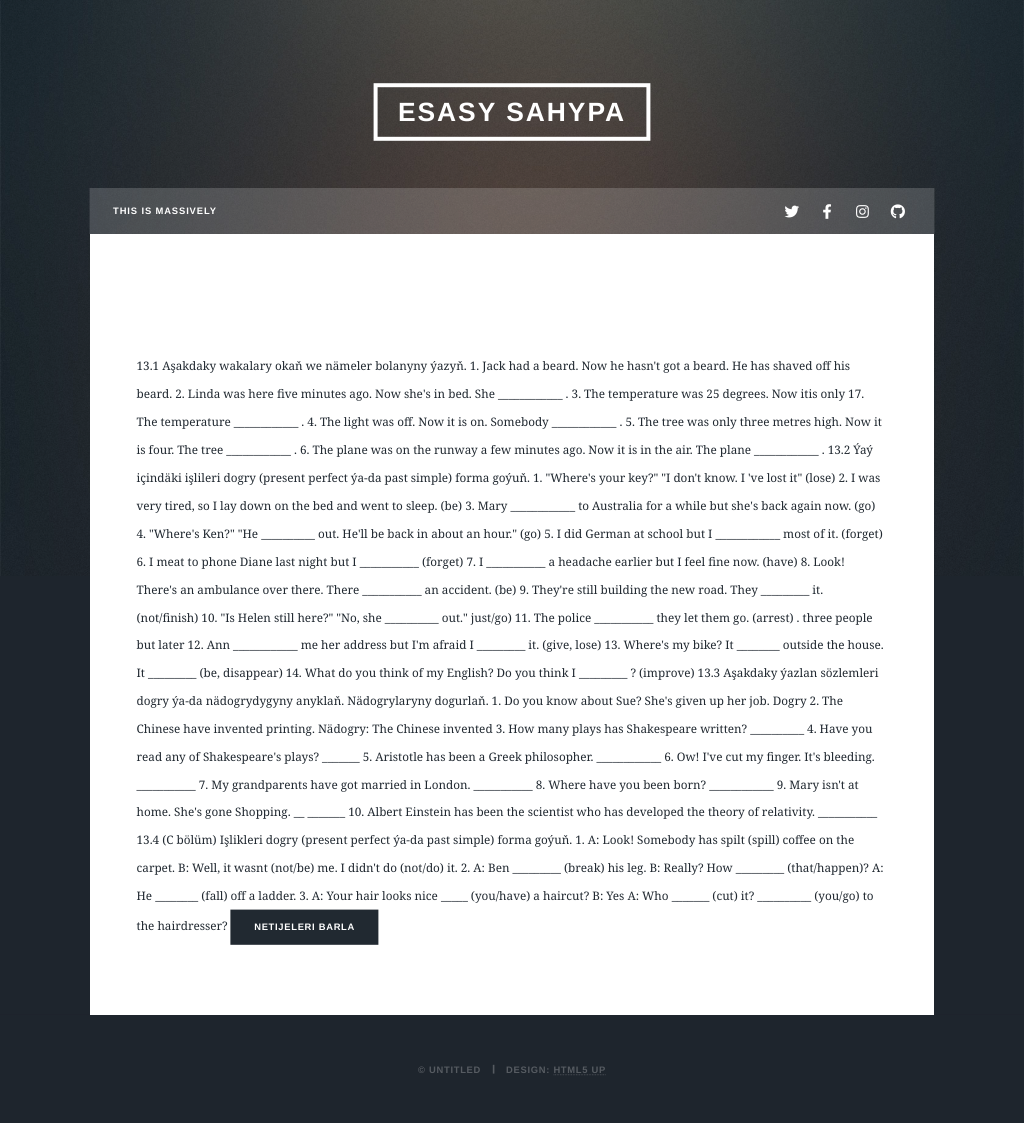
Repository: Sahet-dev/English-grammar-app
Page: test/test_unit _13.html
These files come from the project's save history. The page is drawn as it stood at one moment and after the next save; the edit follows.
The browser window is 1280 px wide. The pictures show the whole page, at 80% of full size.
Some web fonts or font styles are not loaded; a fallback is used.

Above is the page before, as saved 2022-06-24 14:41:32.

### test/test_unit _13.html
<!DOCTYPE HTML>
<!--
	Massively by HTML5 UP
	html5up.net | @ajlkn
	Free for personal and commercial use under the CCA 3.0 license (html5up.net/license)
-->
<html>
	<head>
		<title>Test </title>
		<meta charset="utf-8" />
		<meta name="viewport" content="width=device-width, initial-scale=1, user-scalable=no" />
		<link rel="stylesheet" href="../assets/css/test.css" />
		<noscript><link rel="stylesheet" href="../assets/css/noscript.css" /></noscript>
	</head>
	<body class="is-preload">

		<!-- Wrapper -->
			<div id="wrapper">

				<!-- Header -->
					<header id="header">
						<a href="index.html" class="logo">Esasy Sahypa</a>
					</header>

				<!-- Nav -->
					<nav id="nav">
						<ul class="links">
							<li><a href="units/.html">This is Massively</a></li>

						</ul>
						<ul class="icons">
							<li><a href="#" class="icon brands fa-twitter"><span class="label">Twitter</span></a></li>
							<li><a href="#" class="icon brands fa-facebook-f"><span class="label">Facebook</span></a></li>
							<li><a href="#" class="icon brands fa-instagram"><span class="label">Instagram</span></a></li>
							<li><a href="#" class="icon brands fa-github"><span class="label">GitHub</span></a></li>
						</ul>
					</nav>

				<!-- Main -->
					<div id="main">

						<!-- Post -->
							<section class="post">
								<header class="major">
									<h2>


									</h2>
								</header>

								<!-- Text stuff -->

									<p>
										<form action="results-unit-1.php" method="post">


															13.1

															Aşakdaky wakalary okaň we nämeler bolanyny ýazyň.

															1. Jack had a beard. Now he hasn't got a

															beard. He has shaved off his beard.

															2. Linda was here five minutes ago. Now she's
															in bed. She   ____________   .



															3. The temperature was 25 degrees. Now itis
															only 17. The temperature   ____________   .

															4. The light was off. Now it is on.
															Somebody   ____________   .

															5. The tree was only three metres high. Now it
															is four. The tree   ____________   .

															6. The plane was on the runway a few minutes
															ago. Now it is in the air. The plane   ____________   .

															13.2

															Ýaý içindäki işlileri dogry (present perfect  ýa-da past simple) forma goýuň.

															1. "Where's your key?" "I don't know. I 've lost  it" (lose)

															2. I was very tired, so I lay down on the bed and   went to sleep. (be)



															3. Mary ____________ to Australia for a while but she's back again now. (go)

															4. "Where's Ken?" "He __________ out. He'll be
															back in about an hour." (go)

															5. I did German at school but I ____________ most of it. (forget)

															6. I meat to phone Diane last night but
															I ___________ (forget)


															7. I ___________  a headache earlier but I feel fine
															now. (have)

															8. Look! There's an ambulance over there.
															There ___________ an accident. (be)

															9. They're still building the new road.
															They _________ it. (not/finish)

															10. "Is Helen still here?" "No, she __________ out." just/go)

															11. The police ___________  they let them go. (arrest)

															. three people but later

															12. Ann ____________  me her address but I'm afraid I _________ it. (give, lose)


															13. Where's my bike? It ________ outside the  house. It _________ (be, disappear)

															14. What do you think of my English? Do you think I _________ ? (improve)

															13.3
															Aşakdaky ýazlan sözlemleri dogry ýa-da nädogrydygyny anyklaň. Nädogrylaryny dogurlaň.


															1. Do you know about Sue? She's given up her
															job.

															Dogry

															2. The Chinese have invented printing.
															Nädogry: The Chinese invented

															3. How many plays has Shakespeare  written? __________

															4. Have you read any of Shakespeare's plays? _______

															5. Aristotle has been a Greek
															philosopher. ____________

															6. Ow! I've cut my finger. It's bleeding. ___________

															7. My grandparents have got married in
															London. ___________

															8. Where have you been born? ____________

															9. Mary isn't at home. She's gone
															Shopping.   __ _______

															10. Albert Einstein has been the scientist
															who has developed the theory of
															relativity. ___________

															13.4

															(C bölüm) Işlikleri dogry  (present perfect ýa-da
															past simple) forma goýuň.

															1. A: Look! Somebody has spilt (spill) coffee on
															the carpet.
															B: Well, it wasnt  (not/be) me. I didn't do (not/do) it.

															2. A: Ben _________ (break) his leg.
															B: Really? How _________ (that/happen)?
															A: He ________ (fall) off a ladder.

															3. A: Your hair looks nice _____ (you/have) a haircut?
															B: Yes
															A: Who _______ (cut) it? __________  (you/go) to the hairdresser?


											        <button class="button primary" type="submit">Netijeleri barla</button>
										</form>



									</p>


							</section>

					</div>


				<!-- Copyright -->
					<div id="copyright">
						<ul><li>&copy; Untitled</li><li>Design: <a href="https://html5up.net">HTML5 UP</a></li></ul>
					</div>

			</div>

		<!-- Scripts -->
			<script src="assets/js/jquery.min.js"></script>
			<script src="assets/js/jquery.scrollex.min.js"></script>
			<script src="assets/js/jquery.scrolly.min.js"></script>
			<script src="assets/js/browser.min.js"></script>
			<script src="assets/js/breakpoints.min.js"></script>
			<script src="assets/js/util.js"></script>
			<script src="assets/js/main.js"></script>

	</body>
</html>

Loaded but not shown: assets/js/jquery.min.js (library); assets/js/jquery.scrollex.min.js (common file); assets/js/jquery.scrolly.min.js (common file); assets/js/browser.min.js (common file); assets/js/breakpoints.min.js (common file); assets/css/fontawesome-all.min.css (library); assets/js/util.js (587 lines, source omitted); assets/js/main.js (258 lines, source omitted); assets/css/test.css (4689 lines, source omitted)

After the next save:
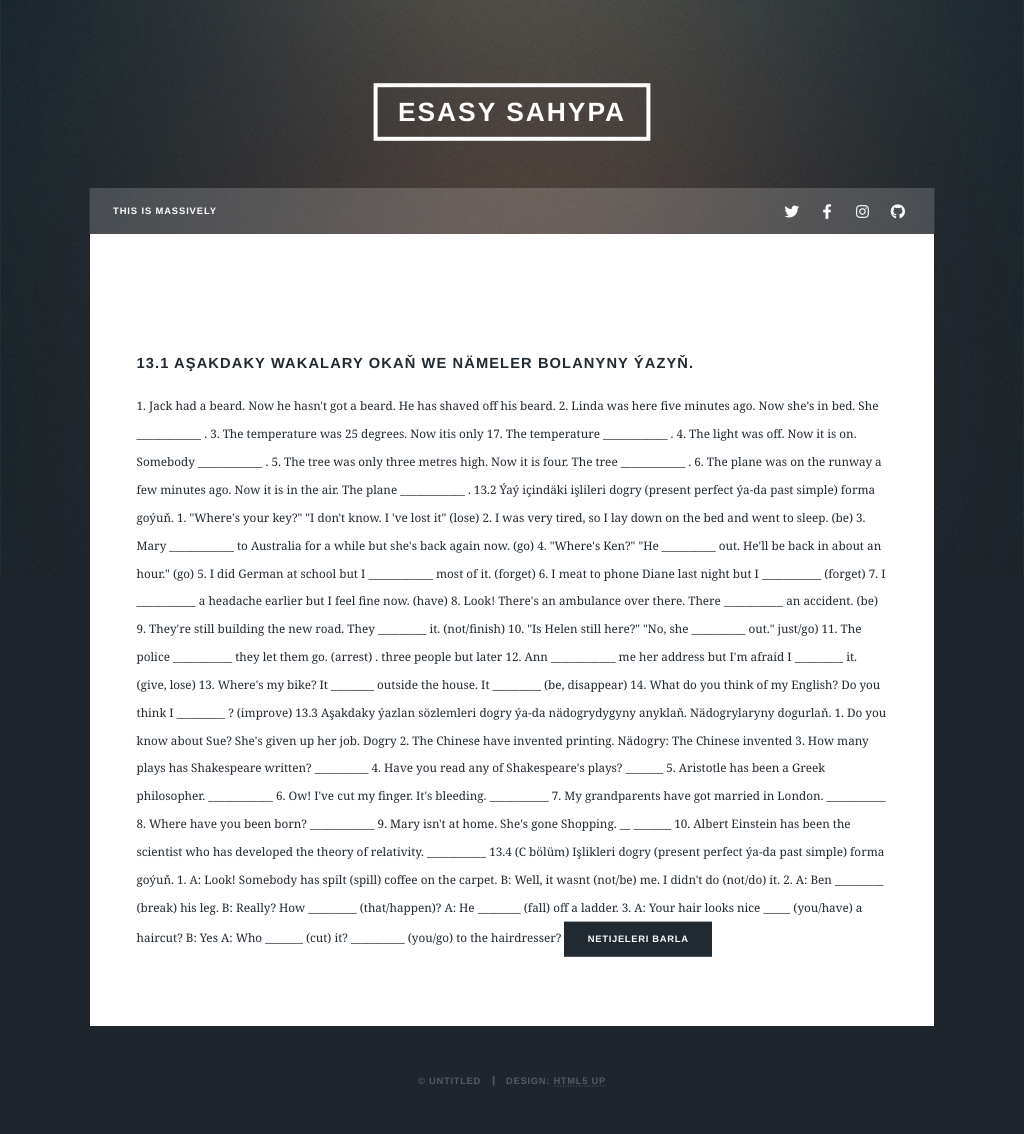
Saved 14 s later.
--- a/test/test_unit _13.html
+++ b/test/test_unit _13.html
@@ -54,10 +54,10 @@
 										<form action="results-unit-1.php" method="post">
 
 
-															13.1
+										<h3>13.1
 
 															Aşakdaky wakalary okaň we nämeler bolanyny ýazyň.
-
+														</h3>
 															1. Jack had a beard. Now he hasn't got a
 
 															beard. He has shaved off his beard.
